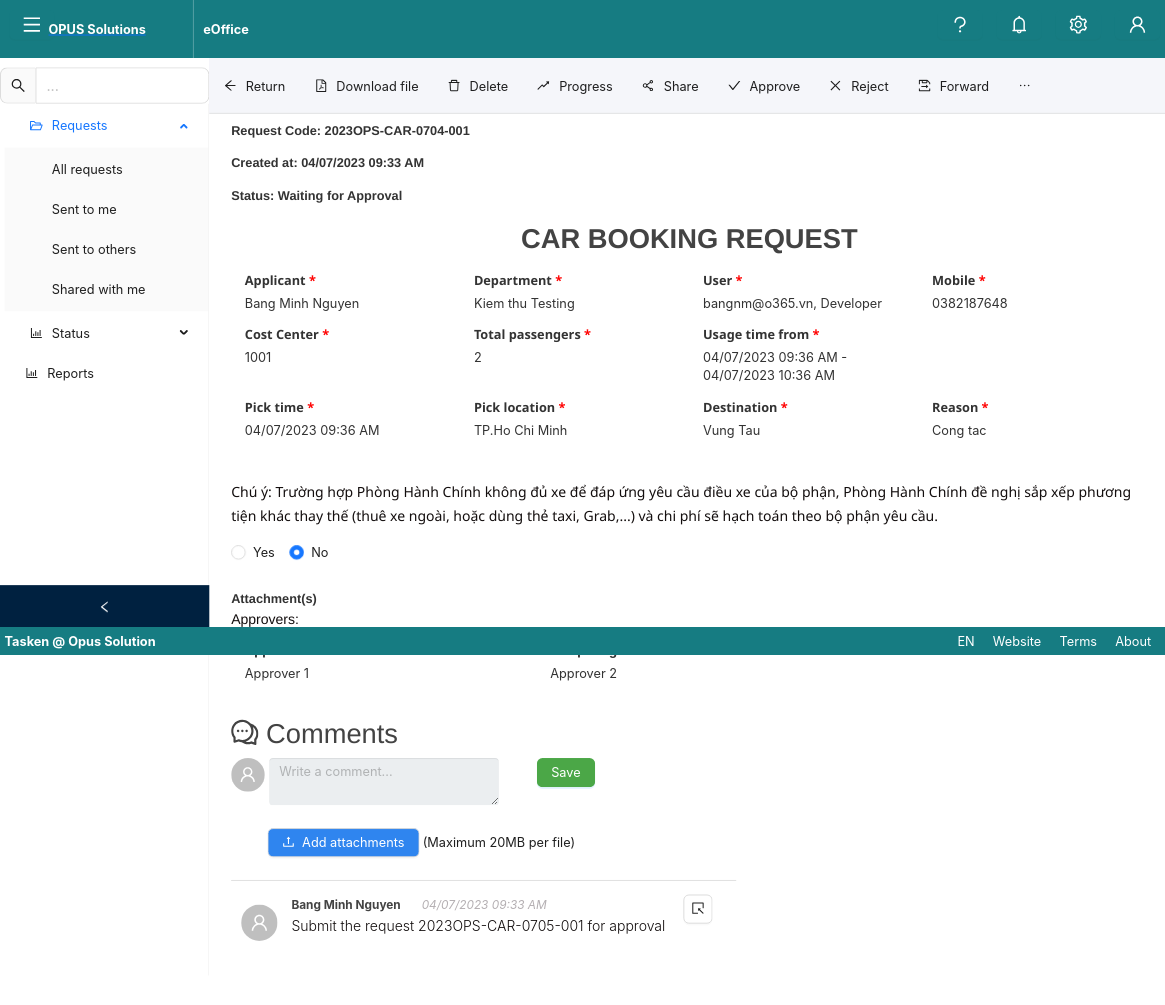
Repository: vannam272008/car-booking
Page: /request/detail
The author's editor kept a copy of each file at every save. The page is drawn from the files as they stood at one save, then again after a run of saves.
The browser window is 1280 px wide. The pictures show the whole page, at 91% of full size.
The project was rebuilt for these pictures with package versions that can differ from the ones it lists, and the page was loaded fresh each time. Also part of the build but not shown: src/Pages/ManageRequest/index.css, src/Pages/ManageRequest/ManageRequest.tsx, src/Components/AddRequest/MenuAdd/menuAdd.tsx, src/Components/AddRequest/SendApprover/sendApprover.css, src/Components/AddRequest/SendApprover/sendApprover.tsx, src/Components/AddRequest/AddRequest/addRequest.css, src/Components/AddRequest/AddRequest/addRequest.tsx. Imported but missing from the stored project, and not drawn on this page: src/Pages/Home.

Above is the page before, as saved 2023-07-10 15:57:59.

### src/index.tsx
import React from 'react';
import ReactDOM from 'react-dom/client';
import './index.css';
import App from './App';
import reportWebVitals from './reportWebVitals';
import { BrowserRouter } from 'react-router-dom';
import { Provider } from 'react-redux';
import { configureStore } from '@reduxjs/toolkit';
import requestReducer from './Reducers/requestReducer';
import { store } from './Store/store';


const root = ReactDOM.createRoot(
  document.getElementById('root') as HTMLElement
);
root.render(
  <Provider store={store}>
    <React.StrictMode>
      <BrowserRouter>
        <App />
      </BrowserRouter>
    </React.StrictMode>
  </Provider>
);

// If you want to start measuring performance in your app, pass a function
// to log results (for example: reportWebVitals(console.log))
// or send to an analytics endpoint. Learn more: https://bit.ly/CRA-vitals
reportWebVitals();

### src/App.tsx
import { Route, Routes } from 'react-router-dom';
import './App.css';
import Home from './Pages/Home';
import DetailRequest from './Components/DetailRequest/DetailRequest/detailRequest';
import ManageRequest from './Pages/ManageRequest/ManageRequest';
import AddRequest from './Components/AddRequest/AddRequest/addRequest';


function App() {
  return (
    <Routes>
      <Route path="/" element={<Home />} />
      <Route path="/request/carbooking" element={<ManageRequest />} />
      <Route path="/request/detail" element={<DetailRequest />} />
      <Route path='/request/addrequest' element={<AddRequest />} />
      {/* <Route path="/employee/create" element={<AddEmployee />} />
        <Route path="/department/create" element={<AddDepartment />} /> */}
    </Routes>
  );
}

export default App;

### src/Store/store.ts
import requestReducer from "../Reducers/requestReducer";
import { configureStore, createStore } from "@reduxjs/toolkit";


// export const store = configureStore({
//     reduder: {
//         request: requestReducer
//     }
// });

export const store = createStore(requestReducer);

### src/Reducers/requestReducer.ts
// interface RequestState {
//     requestList: string[]
// }

const initState = {
    requestList: [],
    success: true,
}

const requestReducer = (state = initState, action: { type: any; payload: any }) => {
    switch (action.type) {
        case 'SET_REQUEST_LIST':
            return {
                ...state,
                requestList: action.payload,
                success: false
            }
        default:
            return state
    }
}

export default requestReducer

### src/Components/RequestLayout/index.jsx
import React, { useState } from 'react';
import { LaptopOutlined, NotificationOutlined, UserOutlined } from '@ant-design/icons';
import { Layout, theme } from 'antd';
import AppHeader from '../../Components/AppHeader';
import AppSider from '../../Components/AppSider';
import AppFooter from '../../Components/AppFooter';

import "./RequestLayout.scss";

const { Content } = Layout;

const RequestLayout = ({ profile, children }) => {
    const {
        token: { colorBgContainer },
    } = theme.useToken();

    return (
        <div className='manage-request'>
            <AppHeader />
            <Content>
                <Layout style={{ padding: '24px 0', backgroundColor: colorBgContainer }}>
                    <AppSider profile={profile} />
                    <Layout style={{ padding: '24px 0px',backgroundColor: colorBgContainer}}>
                        <Content style={{ padding: '0 24px', minHeight: 280 }}>
                            {children()}
                        </Content>
                    </Layout>
                </Layout>
            </Content>
            <AppFooter />
        </div>


    );
};

export default RequestLayout;

### src/Components/DetailRequest/DetailRequest/detailRequest.css
*{
    box-sizing: border-box;
  }
  .required {
    color: red;
  }
  .page-detail-request{
    min-height: calc(100vh - 83px);
    transition: all 0.3s;
    background-color: #ffffff;
    font-family: "Helvetica Neue",Helvetica,Arial,sans-serif;
    font-size: 14px;
    line-height: 1.42857143;
    color: #333;
    background-color: #fff;
  }

  .info-detail-request{
    margin-top: 85px;
    margin-right: -20px;
    padding-right: 15px;
  }

  .info-basic-detail-request p{
    width: 100%;
    font-weight: 700;
  }

  .title-detail-request{
    color: #434343;
    text-align: center;
    font-size: 30px;
    margin-top: 20px;
    margin-bottom: 20px;
    font-family: inherit;
    font-weight: 500;
    line-height: 1.1;
    font-weight: 700;
  }

  .content-detail-request{
    font-family: "Segoe UI";
    font-size: 14px;
    line-height: 1.42857143;
  }

  .col-detail-request{
    margin-bottom: 15px;
    position: relative;
    min-height: 1px;
    padding-right: 15px;
    padding-left: 15px;
  }

  .col-detail-request label{
    display: inline-block;
    max-width: 100%;
    margin-bottom: 5px;
    font-weight: 700;
    cursor: default;
    font-family: "Segoe UI";
  }
  .attention-detail-request{
    margin-top: 30px;
    margin-bottom: 30px;
    font-family: "Segoe UI";
  }

  .attention-detail-request  p{
    font-size: 1.1em;
    font-weight: 300;
    line-height: 1.7em;
    color: #130e0e;
  }

  .list-approvers p{
    font-size: 1.1em;
    font-weight: 300;
    line-height: 1.7em;
    color: #130e0e;
    margin: 0 0 10px;
  }

  .approver{
    margin-bottom: 15px;
    position: relative;
    min-height: 1px;
    padding-right: 15px;
    padding-left: 15px;
  }

  .approver  label{
    display: inline-block;
    max-width: 100%;
    margin-bottom: 5px;
    font-weight: 700;
    cursor: default;
  }

### src/Components/DetailRequest/Comments/comment.css
.comments-detail-request{
    margin-top: 25px;
}
.title-comment{
    color: #434343 !important;
    font-size: 30px;
    margin-top: 20px;
    margin-bottom: 10px;
    font-family: inherit;
    font-weight: 500;
    line-height: 1.1;
}
.row-comment-box{
    margin-bottom: 25px;
}
.input-comment{
    width: 100%;
    border: none;
    background: #EBEEF0;
    font-size: 14px;
    line-height: 1.42857143;
    color: #555;
    border-radius: 4px;
    box-shadow: inset 0 1px 1px rgba(0,0,0,.075);
}
.btn-comment{
    background-color: rgb(75,167,71);
    color: white;
}
.upload-comment{
    padding-left: 40px;
}
.list-comment{
    max-width: 555px;
    padding: 15px 0;
    border-top: 1px solid #DDDDDD;
}
.reply-upload-comment{
    margin-top: 15px;
}
.comment-avatar{
    float: left;
    width: 40px;
    padding: 1px;
    margin-top: 10px;
    margin-right: 10px;
    margin-left: 10px;
}
.comment-reply{
    width: 65px;
    text-align: right;
}
.comment-content{
    font-size: 1.1em;
    font-weight: 300;
    line-height: 1.7em;
    color: #130e0e;
    margin: 0 0 10px;
}
.comment-author{
    font-weight: 700;
    margin-right: 8px;
    color: #434343;
    font-size: 13px;
    line-height: 1.7em;
}
.comment-date{
    font-size: 13px;
    margin-left: 15px;
    color: #b4afb2;
    font-style: italic;
}
.reply-comment{
    width: 100%;
    border-top: 1px solid #DDDDDD;
    margin-left: 50px;
    padding: 15px 0;
}
.reply-row{
    width: 100%;
    margin-top: 15px;
    padding-bottom: 0;
    display: flex;
    flex-wrap: wrap;
}
.btn-cancel{
    border: 1px solid transparent;
    border-radius: 4px;
    font-size: 14px;
    font-weight: 400;
    line-height: 1.42857143;
    text-align: center;
    background-color: #f0ad4e;
    margin-left: 15px;
    color: #ffffff;
    padding: 4px 12px;
    height: 30px;
}
.btn-save{
    margin-left: 15px;
}
.reply-comment-row{
    width: 505px;
    margin-left: 50px;
    padding: 15px 0;
    border-top: 1px solid #DDDDDD;
    min-width: 444px;
}

### src/Components/DetailRequest/Menu/menu.css
.fixed-menu {
    position: fixed;
    top: 64px;
    width: 100%;
    z-index: 999;
    border-bottom: 1px solid #e1e1e1;
    border-top-left-radius: 0;
    background-color: rgb(245,246,250);
    min-height: 61px;
    display: flex;
    align-items: center;
    flex-wrap: wrap;
    margin-left: -24px;
}

.fixed-menu .Menu.Item {
    white-space: nowrap;
    margin: 0 10px;
    color: #8894A1;
    font-weight: 500;
    text-decoration: none;
    outline: none;
    transition: all 0.3s;
    cursor: pointer;
    background-color: transparent;
}

.fixed-menu .select-user-share .ant-modal-wrap {
    background-color: red;
}
.custom-menu{
    margin: 0 auto !important;
    top: 50%;
    transform: translateY(-50%) !important;
    width: 600px;
}
.custom-menu .ant-select {
  margin-bottom: 15px;
}

### src/Components/AppSider/index.tsx
import React, { useState } from 'react';
import type { MenuProps } from 'antd';
import { Layout, Menu, theme, Space } from 'antd';
import { Input } from 'antd';

import { FolderOpenOutlined, BarChartOutlined, SearchOutlined, SettingOutlined } from '@ant-design/icons';
import "./AppSider.scss";



const { Sider } = Layout;

type MenuItem = Required<MenuProps>['items'][number];

function getItem(
    label: React.ReactNode,
    key: React.Key,
    icon?: React.ReactNode,
    children?: MenuItem[],
    type?: 'group',
): MenuItem {
    return {
        key,
        icon,
        children,
        label,
        type,
    } as MenuItem;
}



const AppSider = (props: any) => {

    const items: MenuProps['items'] = [
        getItem('Requests', 'requests', <FolderOpenOutlined />, [
            getItem('All requests', 'all-request'),
            getItem('Sent to me', 'sent-to-me'),
            getItem('Sent to others', 'sent-to-others'),
            getItem('Shared with me', 'shared-with-me'),
        ]),

        getItem('Status', 'status', <BarChartOutlined />, [
            getItem('Draft', 'draft'),
            getItem('Approving', 'approving'),
            getItem('Approved', 'approved'),
            getItem('Rejected', 'rejected'),
        ]),

        getItem('Reports', 'reports', <BarChartOutlined />),

    ];

    const profileItems: MenuProps['items'] = [

        getItem('Setting', 'setting', <SettingOutlined />),

    ];

    const [openItem, setOpenItem] = useState('requests');

    const handleClick: MenuProps['onClick'] = (e) => {
        console.log('click ', e);
    };
    const [collapsed, setCollapsed] = useState(false);
    const {
        token: { colorBgContainer },
    } = theme.useToken();
    return (
        <Sider collapsible collapsed={collapsed} onCollapse={(value) => setCollapsed(value)} style={{ background: colorBgContainer }} width={230}>
            <Space.Compact size="large">
                <Input addonBefore={<SearchOutlined />} placeholder="..." />
            </Space.Compact>
            <Menu
                mode="inline"
                defaultSelectedKeys={[openItem]}
                defaultOpenKeys={['requests']}
                openKeys={[openItem]}
                style={{ height: '100%' }}
                items={props.profile ? profileItems : items}
                onClick={handleClick}
                onOpenChange={(openKey) => {
                    setOpenItem(openKey[1])
                }}
            />
        </Sider>


    )
}

export default AppSider;

### src/Components/AppFooter/index.tsx
import { Layout } from 'antd';
import "./AppFooter.scss";

const { Footer } = Layout

const AppFooter = () => {
    return (
        <Footer className='mcs-footer'>
            <div>
                <span className='footer-left'><b>Tasken @ Opus Solution</b></span>
                <div className='footer-right'>
                    <span>EN</span>
                    <span>Website</span>
                    <span>Terms</span>
                    <span>About</span>
                </div>
            </div>

        </Footer>)
}

export default AppFooter;

### src/Components/AppHeader/AppHeader.scss
.mcs-header {
    position: fixed;
    z-index: 1001;
    align-items: center;
    background-color: #167c82;
    width: 100%;
    padding-inline: 0;

    & .row-header {
        align-items: center;

        & .btn-menu {
            border: none;
            background-color: #167c82;
            color: white;
            font-size: 20px;
            margin-left: 10px;
        }
    }

    & .col-logo {
        width: 100%;
        border-right: 1px solid rgba(255, 255, 255, 0.3);


        & p {
            width: 100%;
            color: white;
            display: contents;
        }
    }

    & .col-label {
        padding-left: 10px;
        width: 100%;


        & p {
            width: 100%;
            color: white;
            display: contents;
        }
    }

    & .col-function {
        & .group-btn {
            float: right;

            & .btn-item {
                font-size: 20px;
                margin-left: 5px;
                margin-right: 5px;
                border: none;
                background-color: #167c82;
                color: white;

                margin-left: 10px;
            }

        }
    }







}

.ant-dropdown {

    & .dropdown-help {
        display: block;
        right: 0;
        top: 50px;
        width: 320px;
        height: calc(100vh - 84px);
        background-color: #fff;
        border: 1px solid #c8c8c8;

        & .title-dropdown {
            border-bottom: 1px solid #ddd;
            padding-bottom: 5px;
            padding-top: 5px;

            & span {
                margin-left: 10px;
                font-size: 25px;
            }

            & .btn-close {
                font-size: 20px;
                margin-left: 5px;
                margin-right: 5px;
                border: none;
                background-color: white;
                color: black;
                float: right;
            }
        }

        & .content-dropdown {
            display: block;
            margin-top: 10px;




            & .account-info {
                & img {
                    margin-left: 10px;
                    float: left;
                    width: 64px;
                    height: 64px;
                }

                & .info-name {
                    margin-left: 10px;
                    float: left;
                    font-size: 20px;
                }

                & .info-email {
                    margin-left: 10px;
                    font-style: italic;
                }
            }

            .content-info {
                border-top: 1px solid #ddd;
                margin-top: 20px;

                & span {
                    font-size: 20px;
                    margin-left: 10px;
                }

                & p {
                    color: #4BA747;
                    margin-left: 25px;
                }
            }

            & span {
                font-size: 20px;
                margin-left: 10px;
            }

            & p {
                color: #4BA747;
                margin-left: 25px;
            }


        }




    }
}

// .logo {
//     width: 200px;
//     height: 100px;
// }

// .header {
//     background-color: #fff;
//     height: 100px;
//     line-height: 100px;
//     padding: 0;
// }

// .header-name {
//     font-family: 'Segoe UI';
//     font-size: 16px;
//     font-weight: 700;
//     color: #0273bb;
// }

// .header-homepage {
//     font-family: 'Segoe UI';
//     font-size: 16px;
//     font-weight: 700;
//     color: #0273bb;
//     float: right;
//     padding-right: 50px;
//     position: relative;
//     top: -100px;
// }

// .logo-name {
//     display: flex;
// }


/* Extra small devices (phones, 600px and down) */
@media only screen and (max-width: 600px) {
    .header-homepage {
        display: none;
    }

    .header-name {
        font-size: 10px;
    }
}

/* Small devices (portrait tablets and large phones, 600px and up) */
@media only screen and (min-width: 600px) {}

/* Medium devices (landscape tablets, 768px and up) */
@media only screen and (min-width: 768px) {}

/* Large devices (laptops/desktops, 992px and up) */
@media only screen and (min-width: 992px) {}

/* Extra large devices (large laptops and desktops, 1200px and up) */
@media only screen and (min-width: 1240px) {}

### src/Components/AppSider/AppSider.scss
.ant-layout {
        & li {
                padding-left: 5px;
        }

        & .ant-layout-sider {
                position: sticky;
                left: 0;
                margin-top: 50px;


        }

        & .ant-layout-sider-children {}

        & .ant-layout-sider-trigger {
                margin-bottom: 29px;
        }
}

### src/Components/AppFooter/AppFooter.scss
.mcs-footer {
    background-color: #167c82;
    color: #fff;
    position: fixed;
    width: 100%;
    bottom: 0;
    padding: 5px;

    & .footer-left {
        float: left;
    }

    & .footer-right {
        float: right;

        & span {
            padding-left: 10px;
            padding-right: 10px;
        }
    }
}

Loaded but not shown: public/index.html (common file); src/index.css (common file); src/reportWebVitals.ts (common file); src/App.css (common file); src/Components/AppHeader/index.tsx (200 lines, source omitted); src/Components/DetailRequest/Comments/comment.tsx (172 lines, source omitted); src/Components/DetailRequest/DetailRequest/detailRequest.tsx (143 lines, source omitted); src/Components/DetailRequest/Menu/menu.tsx (160 lines, source omitted); src/Components/AddRequest/MenuAdd/menuAdd.css (no stored copy; drawn as an empty file); src/Components/RequestLayout/RequestLayout.scss (no stored copy; drawn as an empty file)

After the next 2 saves:
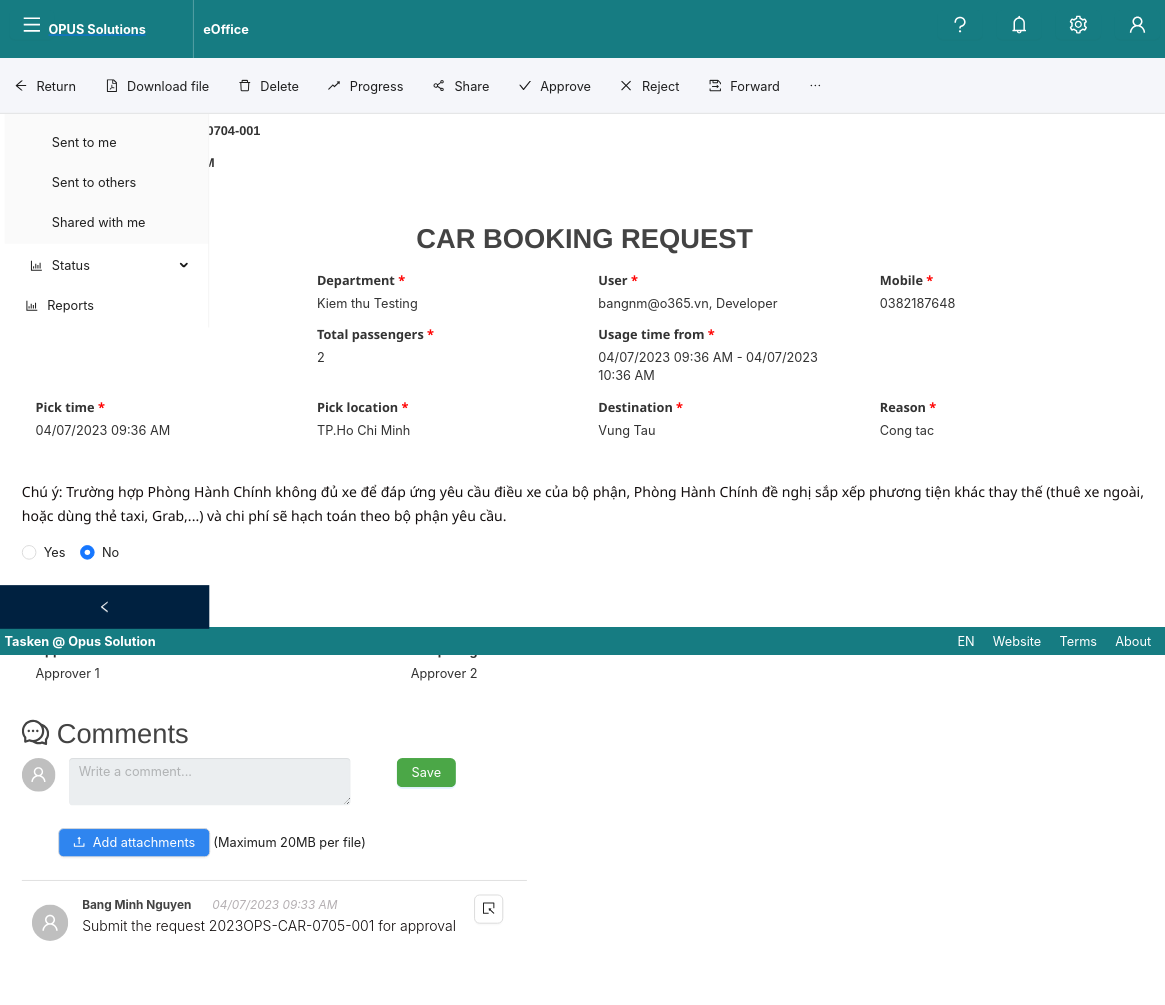
The 2 saves are shown as one change because 1 did not build or start.
The last was saved 93 s later.
--- a/src/Components/AppSider/AppSider.scss
+++ b/src/Components/AppSider/AppSider.scss
@@ -4,9 +4,15 @@
         }
 
         & .ant-layout-sider {
-                position: sticky;
-                left: 0;
-                margin-top: 50px;
+                // position: sticky;
+                // left: 0;
+                // margin-top: 50px;
+                  position: fixed;
+  top: 0;
+  left: 0;
+  right: 0;
+  width: 100%;
+  z-index: 999;
 
 
         }
